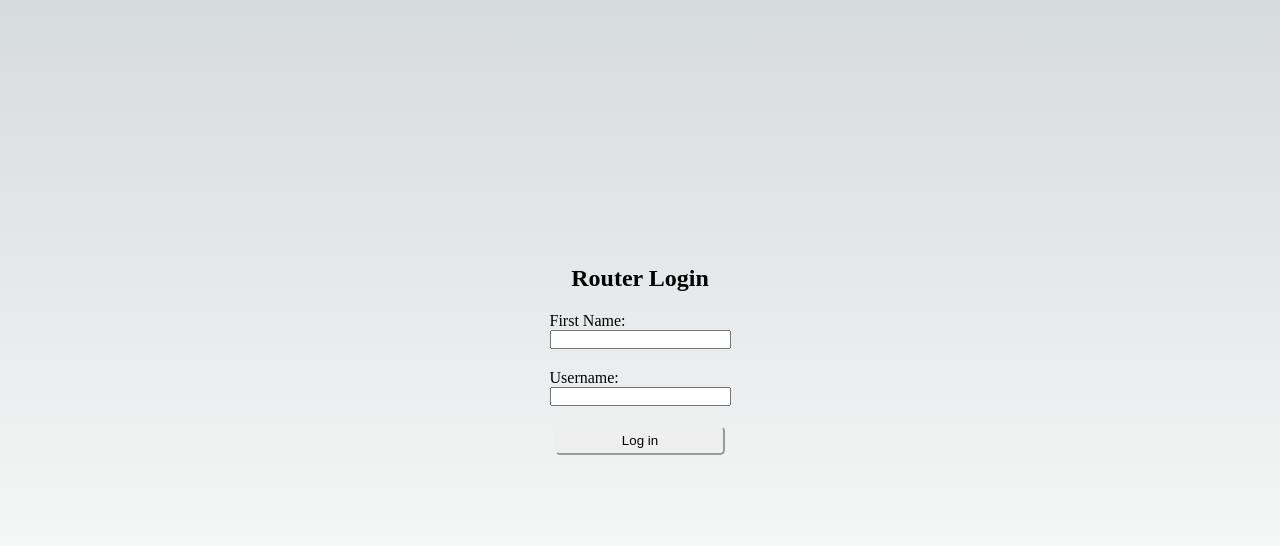
Repository: Mariessa-Pinto/week2-next.js-next-router-login
Page: /
These files come from the project's save history. The page is drawn as it stood at one moment and after the next save; the edit follows.
The browser window is 1280 px wide. The pictures show the whole page.
The project was rebuilt for these pictures with package versions that can differ from the ones it lists, and the page was loaded fresh each time. The framework's server and built-in components were replaced by stand-ins that run in the browser. Also part of the build but not shown: next.config.js.

Above is the page before, as saved 2023-01-11 07:45:16.

After the next save:
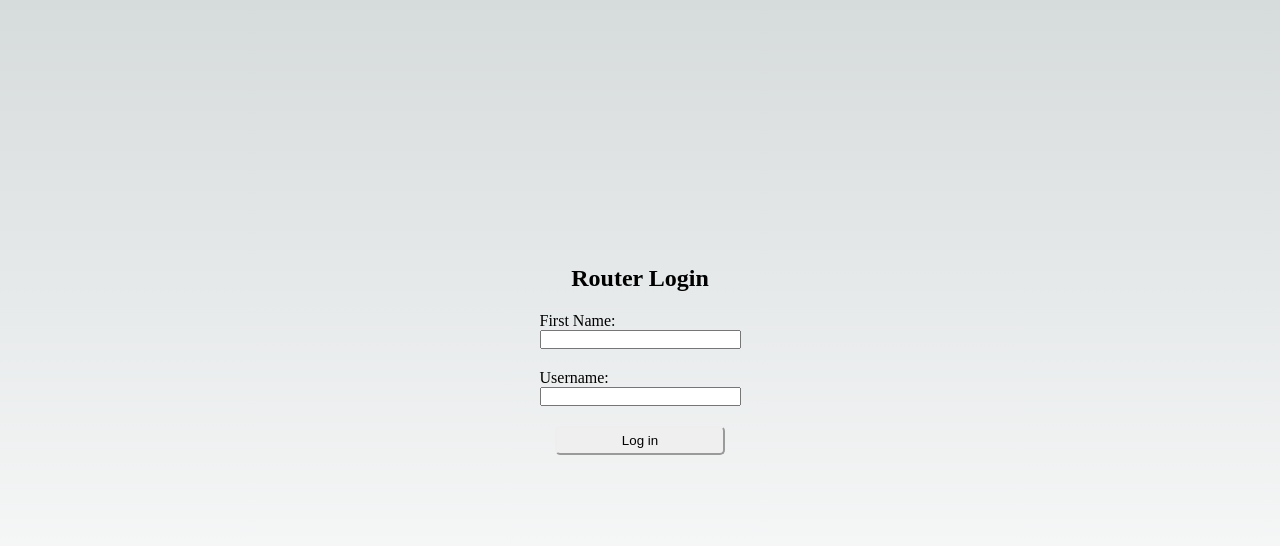
Saved 11 s later.
--- a/pages/index.js
+++ b/pages/index.js
@@ -44,6 +44,7 @@ export default function Home() {
        <div className={styles.inputField}>
         <label>First Name:</label>
         <input
+          className={styles.input}
           type = "text"
           id = "first"
           name = "first"
@@ -57,6 +58,7 @@ export default function Home() {
       <div className={styles.inputField}>
         <label>Username:</label>
         <input
+          className={styles.input}
           type = "text"
           id = "username"
           name = "username"
